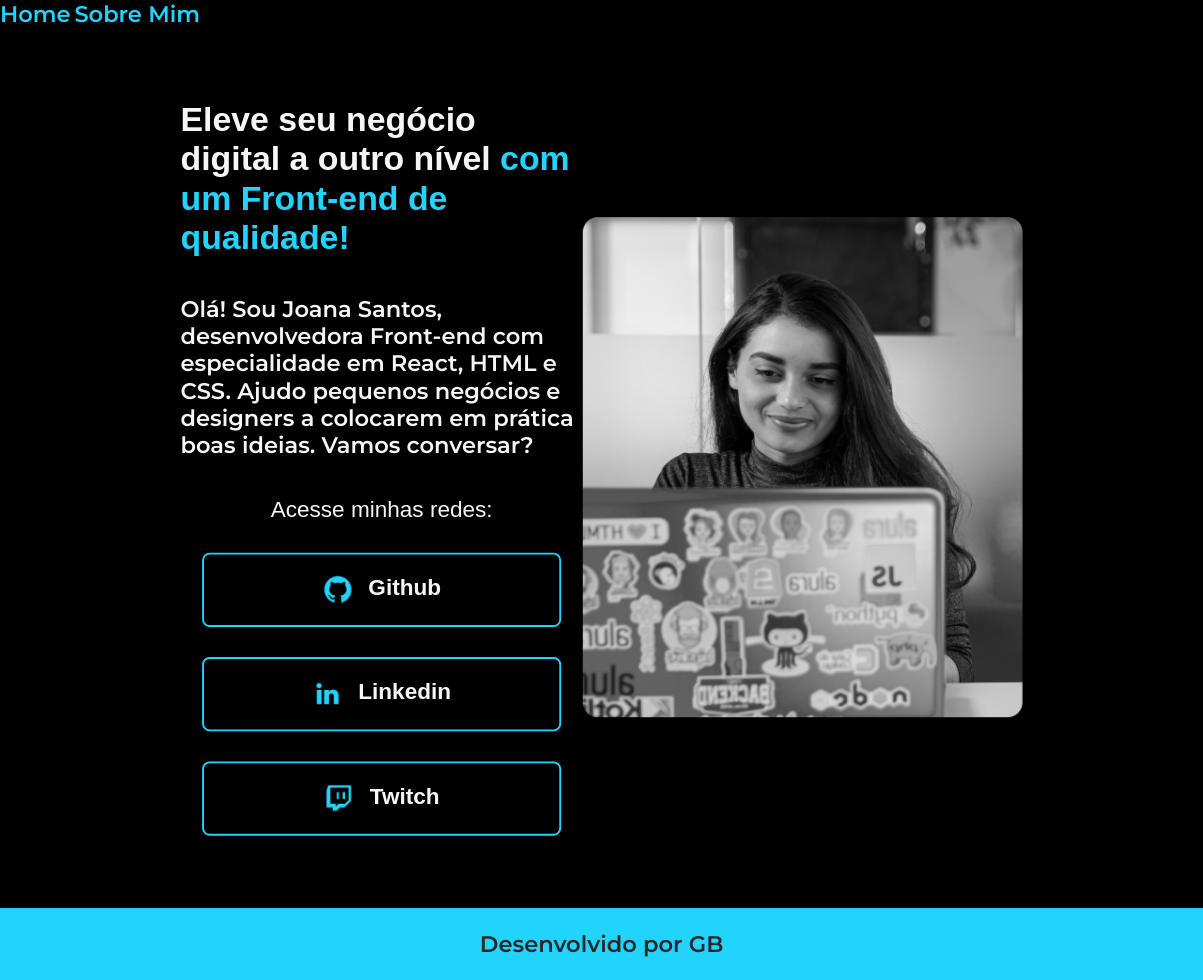
Repository: YoungAkira/CursoHtmlCss
Page: index.html
The author's editor kept a copy of each file at every save. The page is drawn from the files as they stood at one save, then again after the next save.
The browser window is 1280 px wide. The pictures show the whole page, at 94% of full size.
Some web fonts or font styles are not loaded; a fallback is used.

Above is the page before, as saved 2023-05-15 11:55:38.

### index.html
<!--ESSE PROJETO NÃO É DE MINHA AUTORIA, APENAS UTILIZO-O PARA FINS DIDÁTICOS-->
<!--CREDITOS: ALURA.COM-->

<!DOCTYPE html>
<html lang="pt-br">
<head>
    <meta charset="UTF-8">
    <meta http-equiv="X-UA-Compatible" content="IE=edge">
    <meta name="viewport" content="width=device-width, initial-scale=1.0">
    <title>Portfolio</title>
    <link rel="stylesheet" href="style.css">
</head>
<body>
    <header class="cabecalho">
        <nav class="cabecalho_menu">
            <a class="cabecalho_menu_link">Home</a>
            <a class="cabecalho_menu_link">Sobre Mim</a>
        </nav>
    </header>
    <main class="apresentacao">
            <section class="apresentacao_conteudo">
                 <h1 class="apresentacao_conteudo_titulo">Eleve seu
                    negócio digital a outro nível <strong
                    class="titulo-destaque">com um Front-end de qualidade!</strong></h1>

                    <p class="apresentacao_conteudo_texto"> Olá! Sou Joana Santos, desenvolvedora Front-end
                        com especialidade em React, HTML e CSS. Ajudo
                        pequenos negócios e designers a colocarem em
                        prática boas ideias. Vamos conversar?</p>

                    <div class="apresentacao_links">
                        <h2 class="apresentacao_links_subtitulo">Acesse minhas redes:</h2>

                        <a class="apresentacao-links-link" href="github.com">
                            <img src="assets/github.png">
                            Github
                        </a>

                        <a class="apresentacao-links-link" href="linkedin.com">
                            <img src="./assets/linkedin.png">
                            Linkedin
                        </a>

                        <a class="apresentacao-links-link" href="twitch.tv">
                            <img src="./assets/twitch.png">
                            Twitch

                        </a>

                    </div>

            </section>
                    <img src="/assets/imagem.png" alt="Foto Joana Santos programando">
    </main>

    <footer class="rodape">
        <p>Desenvolvido por GB</p>
    </footer>
</body>
</html>

### style.css
@import url('https://fonts.googleapis.com/css2?family=Krona+One&family=Montserrat:wght@600&display=swap');

*{
    margin: 0;
    padding: 0;
}


body {
    background-color: black;
    box-sizing: border-box;
    color: #F6F6F6;
}


.cabecalho{

}



.cabecalho_menu_link{
    font-family: 'Montserrat',sans-serif;
    font-size: 24px;
    font-weight: 600;
    color: #22D4FD;
}


.apresentacao{
    display: flex;
    align-items: center;
    justify-content: space-between;
    padding: 6% 15%;
}


.apresentacao_conteudo{
    width: 615px;
    display: flex;
    flex-direction: column;
    gap: 40px;
}


.apresentacao_conteudo_titulo{
    font-size: 36px;
    font-family: 'Krona One',sans-serif;
}


.titulo-destaque {
    color: #22D4FD;
}


.apresentacao_conteudo_texto{
    font-size: 24px;
    font-family: 'Montserrat',sans-serif;
}


.apresentacao_links{
    display: flex;
    flex-direction: column;
    justify-content: space-between;
    align-items: center;
    gap: 32px;
}


.apresentacao_links_subtitulo{
    font-size: 24px;
    font-family: 'Krona One', sans-serif;
    font-weight: 400;


}


.apresentacao-links-link{
    display: flex;
    justify-content: center;
    gap:16px;
    border: 2px solid #22D4FD;
    width: 378px;
    text-align: center;
    border-radius: 8px;
    font-size: 24px;
    padding: 21.5px 0;
    text-decoration: none;
    color :#F6F6F6;
    font-family: 'Krona One',sans-serif;
    font-weight: 600;
}


.apresentacao-links-link:hover{
    background-color:#272727;
    padding: 3%;
}


.rodape{
    color: #272727;
    background-color: #22D4FD;
    text-align:center;
    padding: 24PX;
    font-family: 'Montserrat', sans-serif;
    font-size: 24px;
    font-weight: 400;
}

After the next save:
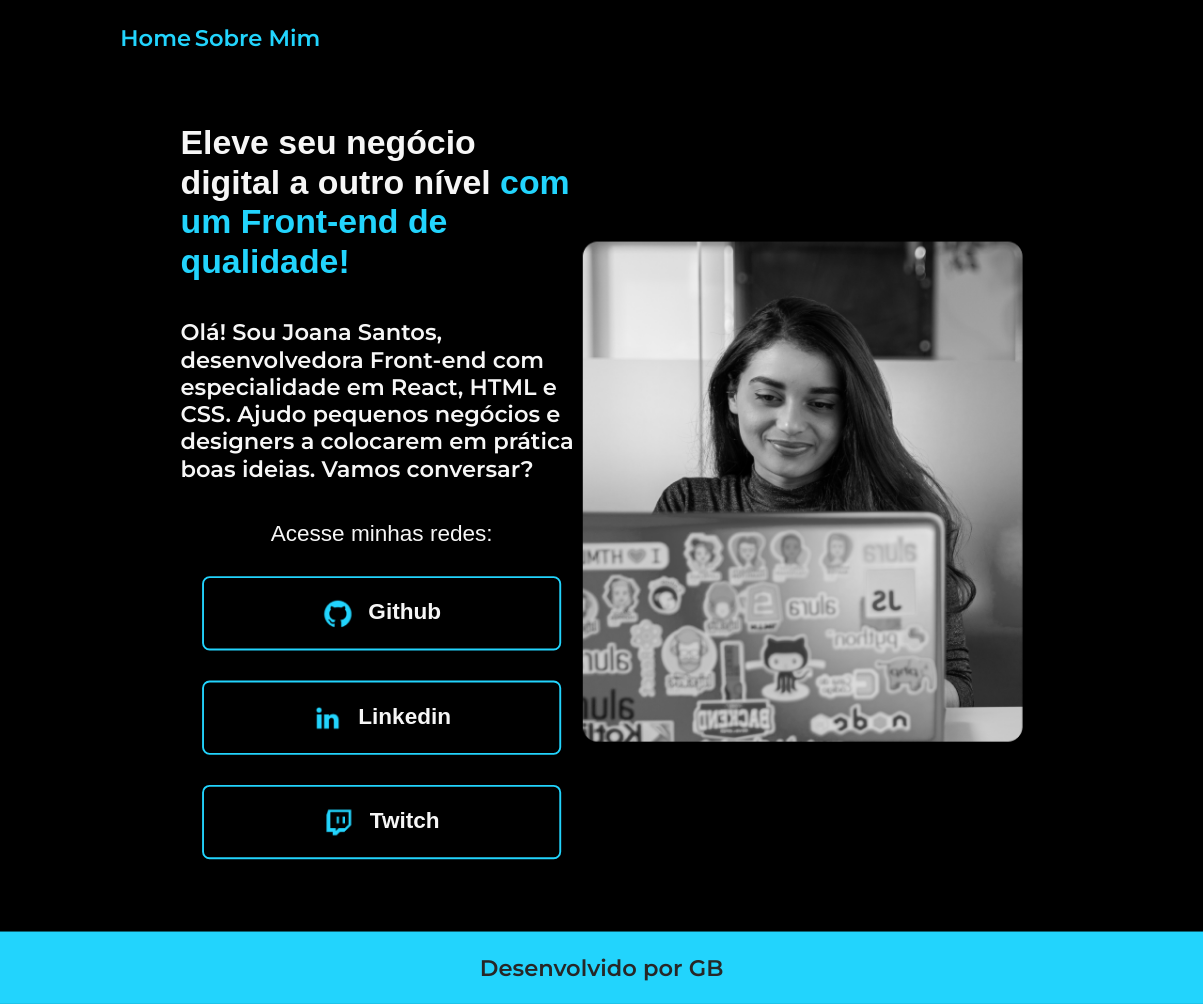
Saved 2 min 35 s later.
--- a/style.css
+++ b/style.css
@@ -14,7 +14,7 @@ body {
 
 
 .cabecalho{
-
+    padding: 2% 0 0 10%;
 }
 
 
